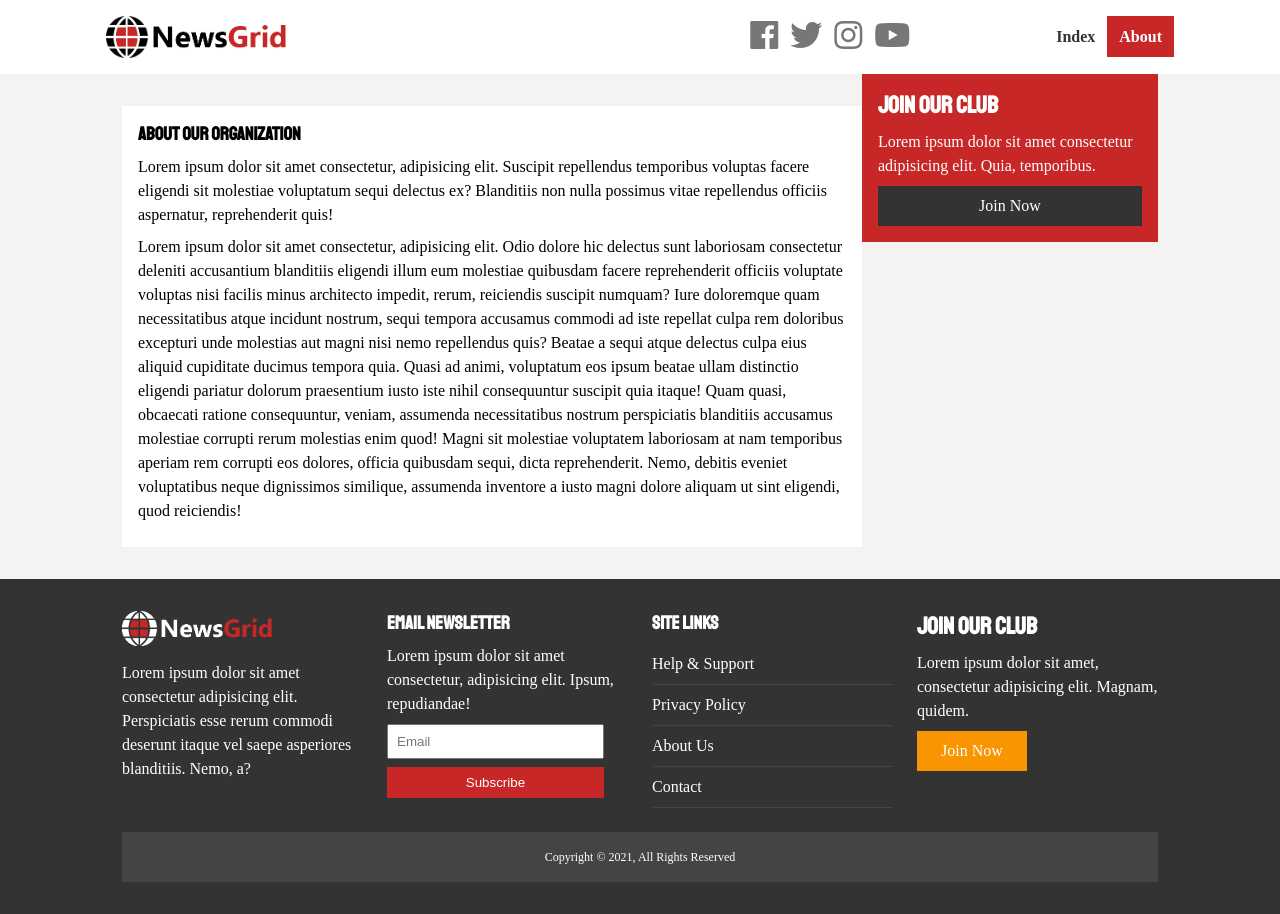
Repository: minhtien9/newsgrid
Page: about.html
These files come from the project's save history. The page is drawn as it stood at one moment and after the next save; the edit follows.
The browser window is 1280 px wide. The pictures show the whole page.
Some web libraries are served in a nearby version.

Above is the page before, as saved 2021-08-26 11:56:23.

### about.html
<!DOCTYPE html>
<html lang="en">
  <head>
    <meta charset="UTF-8" />
    <meta name="viewport" content="width=device-width, initial-scale=1.0" />
    <meta http-equiv="X-UA-Compatible" content="ie=edge" />
    <link
      rel="stylesheet"
      href="https://use.fontawesome.com/releases/v5.6.3/css/all.css"
      integrity="sha384-UHRtZLI+pbxtHCWp1t77Bi1L4ZtiqrqD80Kn4Z8NTSRyMA2Fd33n5dQ8lWUE00s/"
      crossorigin="anonymous"
    />
    <link
      href="https://fonts.googleapis.com/css2?family=Lato&family=Staatliches&display=swap"
      rel="stylesheet"
    />
    <link rel="stylesheet" href="css/style.css" />
    <link
      rel="stylesheet"
      media="screen and (max-width: 768px)"
      href="css/mobile.css"
    />
    <link rel="shortcut icon" type="image/x-icon" href="favicon.ico" />
    <title>NewsGrid | About</title>
  </head>

  <body>
    <nav id="main-nav">
      <div class="container">
        <img src="img/logo.png" alt="NewsGrid" class="logo" />
        <div class="social">
          <a href="http://facebook.com" target="_blank"
            ><i class="fab fa-facebook fa-2x"></i
          ></a>
          <a href="http://twitter.com" target="_blank"
            ><i class="fab fa-twitter fa-2x"></i
          ></a>
          <a href="http://instagram.com" target="_blank"
            ><i class="fab fa-instagram fa-2x"></i
          ></a>
          <a href="http://youtube.com" target="_blank"
            ><i class="fab fa-youtube fa-2x"></i
          ></a>
        </div>
        <ul>
          <li><a href="index.html">Index</a></li>
          <li><a class="current" href="about.html">About</a></li>
        </ul>
      </div>
    </nav>

    <section id="about">
      <div class="container">
        <div class="page-container">
          <article class="card">
            <h1 class="l-heading">About Our Organization</h1>
            <p>
              Lorem ipsum dolor sit amet consectetur, adipisicing elit. Suscipit
              repellendus temporibus voluptas facere eligendi sit molestiae
              voluptatum sequi delectus ex? Blanditiis non nulla possimus vitae
              repellendus officiis aspernatur, reprehenderit quis!
            </p>
            <p>
              Lorem ipsum dolor sit amet consectetur, adipisicing elit. Odio
              dolore hic delectus sunt laboriosam consectetur deleniti
              accusantium blanditiis eligendi illum eum molestiae quibusdam
              facere reprehenderit officiis voluptate voluptas nisi facilis
              minus architecto impedit, rerum, reiciendis suscipit numquam? Iure
              doloremque quam necessitatibus atque incidunt nostrum, sequi
              tempora accusamus commodi ad iste repellat culpa rem doloribus
              excepturi unde molestias aut magni nisi nemo repellendus quis?
              Beatae a sequi atque delectus culpa eius aliquid cupiditate
              ducimus tempora quia. Quasi ad animi, voluptatum eos ipsum beatae
              ullam distinctio eligendi pariatur dolorum praesentium iusto iste
              nihil consequuntur suscipit quia itaque! Quam quasi, obcaecati
              ratione consequuntur, veniam, assumenda necessitatibus nostrum
              perspiciatis blanditiis accusamus molestiae corrupti rerum
              molestias enim quod! Magni sit molestiae voluptatem laboriosam at
              nam temporibus aperiam rem corrupti eos dolores, officia quibusdam
              sequi, dicta reprehenderit. Nemo, debitis eveniet voluptatibus
              neque dignissimos similique, assumenda inventore a iusto magni
              dolore aliquam ut sint eligendi, quod reiciendis!
            </p>
          </article>
          <aside class="card bg-primary">
            <h2>Join Our Club</h2>
            <p>
              Lorem ipsum dolor sit amet consectetur adipisicing elit. Quia,
              temporibus.
            </p>
            <a href="#" class="btn btn-dark btn-block">Join Now</a>
          </aside>
        </div>
      </div>
    </section>
    <!-- Footer -->
    <footer id="main-footer" class="py-2">
      <div class="container footer-container">
        <div>
          <img src="img/logo_light.png" alt="NewsGrid" />
          <p>
            Lorem ipsum dolor sit amet consectetur adipisicing elit.
            Perspiciatis esse rerum commodi deserunt itaque vel saepe asperiores
            blanditiis. Nemo, a?
          </p>
        </div>
        <div>
          <h3>Email NewsLetter</h3>
          <p>
            Lorem ipsum dolor sit amet consectetur, adipisicing elit. Ipsum,
            repudiandae!
          </p>
          <form>
            <input type="email" placeholder="Email" />
            <input type="submit" value="Subscribe" class="btn btn-primary" />
          </form>
        </div>
        <div>
          <h3>Site Links</h3>
          <ul class="list">
            <li><a href="#">Help & Support</a></li>
            <li><a href="#">Privacy Policy</a></li>
            <li><a href="#">About Us</a></li>
            <li><a href="#">Contact</a></li>
          </ul>
        </div>
        <div>
          <h2>Join Our Club</h2>
          <p>
            Lorem ipsum dolor sit amet, consectetur adipisicing elit. Magnam,
            quidem.
          </p>
          <a href="#" class="btn btn-secondary">Join Now</a>
        </div>
        <div>
          <p>Copyright &copy; 2021, All Rights Reserved</p>
        </div>
      </div>
    </footer>
  </body>
</html>

### css/style.css
:root {
  --primary-color: #c72727;
  --secondary-color: #f99500;
  --light-color: #f3f3f3;
  --dark-color: #333;
  --max-width: 1100px;
}

.category {
  --sports-color: #f99500;
  --ent-color: #a66bbe;
  --tech-color: #009cff;
}

* {
  margin: 0;
  padding: 0;
  box-sizing: border-box;
}

body {
  font-family: 'Lato' sans-serif;
  line-height: 1.5;
  background: var(--light-color);
}

a {
  color: #333;
  text-decoration: none;
}

ul {
  list-style: none;
}
p {
  margin: 0.5rem 0;
}

img {
  width: 100%;
}

h1,
h2,
h3,
h4,
h5,
h6 {
  font-family: 'Staatliches', cursive;
  margin-bottom: 0.55rem;
  line-height: 1.3;
}

/* Utility */

.container {
  max-width: var(--max-width);
  margin: auto;
  padding: 0 2rem;
  overflow: hidden;
}

.category {
  display: inline-block;
  color: #fff;
  font-size: 0.55rem;
  text-transform: uppercase;
  padding: 0.4rem 0.6rem;
  border-radius: 15px;
  margin-bottom: 0.5rem;
}

.category-sports {
  background: var(--sports-color);
}

.category-ent {
  background: var(--ent-color);
}

.category-tech {
  background: var(--tech-color);
}

.btn {
  display: inline-block;
  border: none;
  background: var(--dark-color);
  color: #fff;
  padding: 0.5rem 1.5rem;
}

.btn-light {
  background: var(--light-color);
}

.btn-primary {
  background: var(--primary-color);
}

.btn-secondary {
  background: var(--secondary-color);
}

.btn-block {
  display: block;
  width: 100%;
  text-align: center;
}

.btn:hover {
  opacity: 0.9;
}

.card {
  background: #fff;
  padding: 1rem;
}

.bg-dark {
  background: var(--dark-color);
  color: #fff;
}

.bg-primary {
  background: var(--primary-color);
  color: #fff;
}

.bg-secondary {
  background: var(--secondary-color);
  color: #fff;
}

.bg-dark h1,
.bg-dark h2,
.bg-dark h3,
.bg-dark a,
.bg-primary h1,
.bg-primary h2,
.bg-primary h3,
.bg-primary a,
.bg-secondary h1,
.bg-secondary h2,
.bg-secondary h3,
.bg-secondary a {
  color: #fff;
}

.py-1 {
  padding: 1.5rem 0;
}

.py-2 {
  padding: 2rem 0;
}

.py-3 {
  padding: 3rem 0;
}

.p-1 {
  padding: 1.5rem;
}

.p-2 {
  padding: 2rem;
}

.p-3 {
  padding: 3rem;
}
.list li {
  padding: 0.5rem 0;
  border-bottom: 1px dotted #555;
}
.list li a:hover {
  color: var(--primary-color) !important;
}

/* Inner page grid container */

.page-container {
  display: grid;
  grid-template-columns: 5fr 2fr;
}

.page-container > *:first-child {
  grid-row: 1 / span 3;
  margin: 2rem 0;
  grid-gap: 1.5rem;
}
/* Navigation */

#main-nav {
  background: #fff;
  position: sticky;
  top: 0;
  z-index: 2;
}

#main-nav .container {
  display: grid;
  grid-template-columns: 6fr 3fr 2fr;
  padding: 1rem;
  align-items: center;
}

#main-nav .logo {
  width: 180px;
}

#main-nav ul {
  justify-self: end;
  display: flex;
}

#main-nav ul li a {
  padding: 0.75rem;
  font-weight: bold;
}

#main-nav ul li a.current {
  background: var(--primary-color);
  color: #fff;
}

#main-nav ul li a:hover {
  background: var(--light-color);
  color: var(--dark-color);
}

#main-nav .social {
  justify-self: center;
}

#main-nav .social i {
  color: #777;
  margin-right: 0.5rem;
}

/* Showcase */

#showcase {
  color: #fff;
  background: #333;
  padding: 2rem;
  position: relative;
}

#showcase:before {
  content: '';
  background: url('../img/featured.jpg') no-repeat center center/cover;
  position: absolute;
  top: 0;
  left: 0;
  width: 100%;
  height: 100%;
  opacity: 0.4;
}

#showcase .showcase-container {
  display: grid;
  grid-template-columns: repeat(2, 1fr);
  justify-content: center;
  align-items: center;
  height: 80vh;
}

#showcase .showcase-content {
  z-index: 1;
}

#showcase .showcase-content p {
  margin-bottom: 1rem;
}

/* Home Articles */

#home-articles .articles-container {
  display: grid;
  grid-template-columns: repeat(3, 1fr);
  grid-gap: 1rem;
}

#home-articles .articles-container > *:first-child,
#home-articles .articles-container > *:last-child {
  display: grid;
  grid-template-columns: repeat(2, 1fr);
  grid-gap: 1rem;
  grid-column: 1 / span 2;
  align-items: center;
}

#home-articles .articles-container > *:last-child {
  grid-column: 2 / span 2;
}

/* Footer */

#main-footer {
  background: var(--dark-color);
  color: #fff;
}

#main-footer img {
  width: 150px;
}
#main-footer a {
  color: #fff;
}
#main-footer .footer-container {
  display: grid;
  grid-template-columns: repeat(4, 1fr);
  grid-gap: 1.5rem;
}
#main-footer .footer-container > *:last-child {
  background: #444;
  grid-column: 1 / span 4;
  padding: 0.5rem;
  text-align: center;
  font-size: 0.75rem;
}
#main-footer .footer-container input[type='email'] {
  width: 90%;
  padding: 0.5rem;
  margin-bottom: 0.5rem;
}
#main-footer .footer-container input[type='submit'] {
  width: 90%;
}

Loaded but not shown: css/mobile.css (no stored copy; drawn as an empty file)

After the next save:
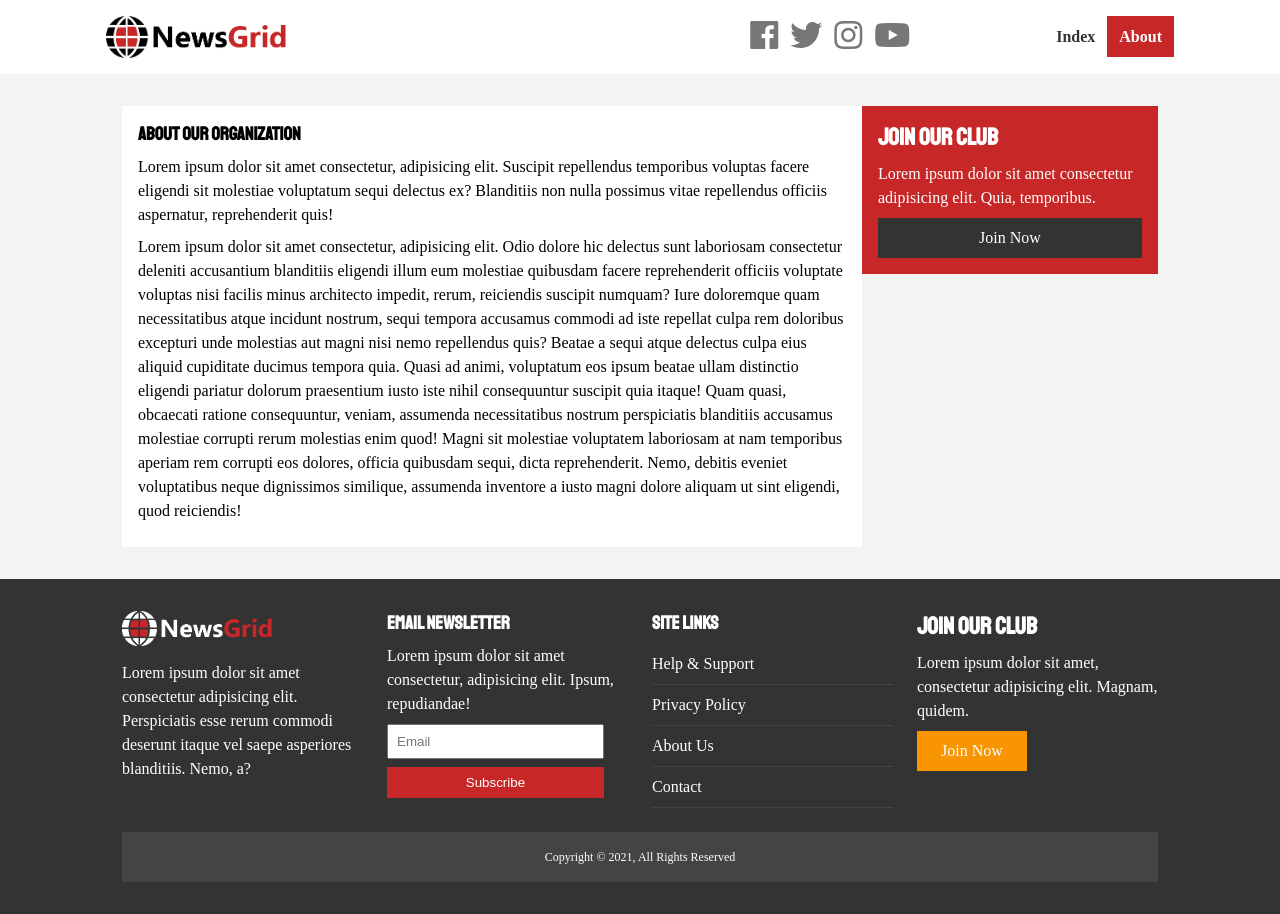
Saved 32 s later.
--- a/css/style.css
+++ b/css/style.css
@@ -183,11 +183,12 @@ h6 {
 .page-container {
   display: grid;
   grid-template-columns: 5fr 2fr;
+  margin: 2rem 0;
 }
 
 .page-container > *:first-child {
   grid-row: 1 / span 3;
-  margin: 2rem 0;
+
   grid-gap: 1.5rem;
 }
 /* Navigation */
